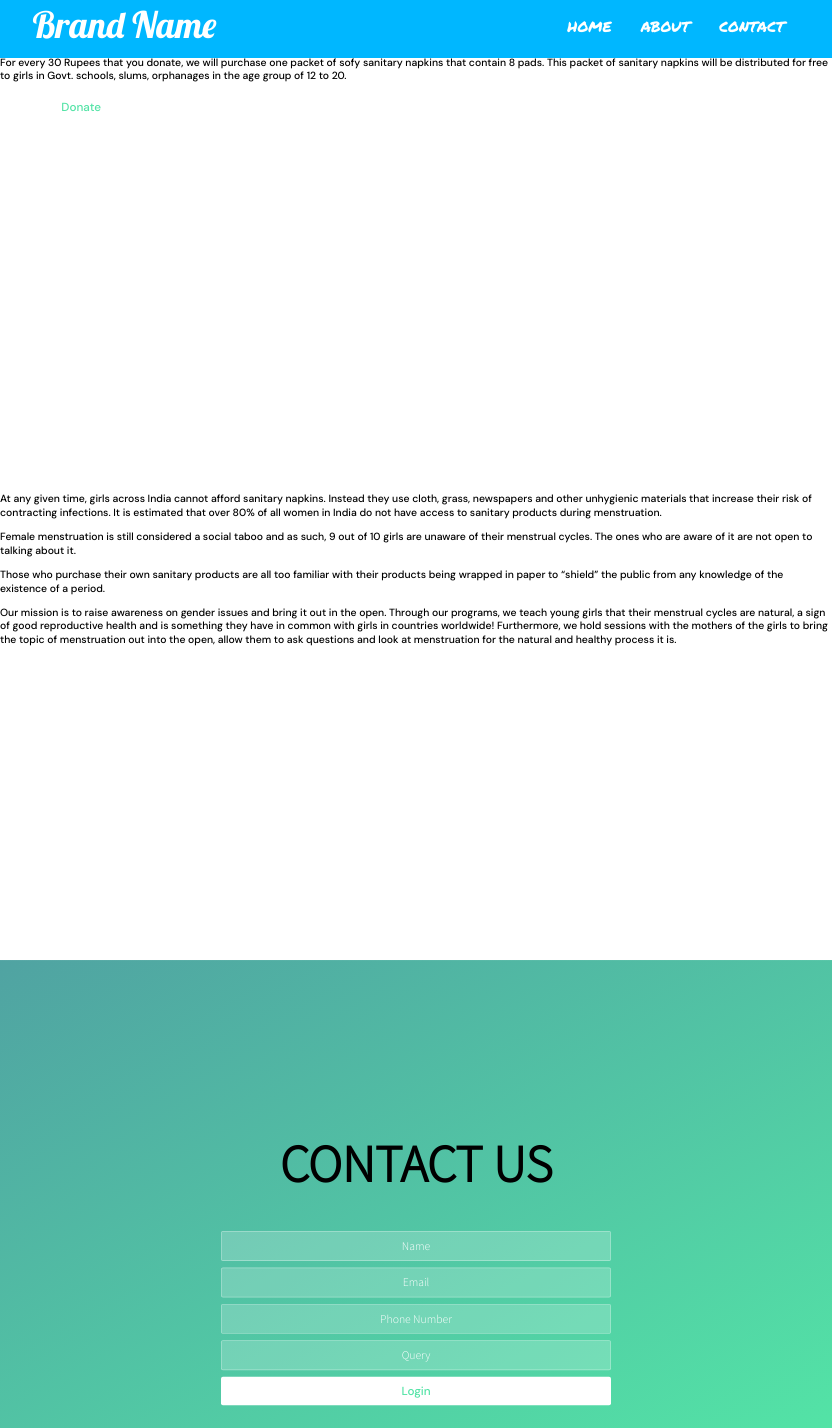
Repository: Jrap-bit/PeriodofSharing
Page: index.html
The author's editor kept a copy of each file at every save. The page is drawn from the files as they stood at one save, then again after the next save.
The browser window is 1280 px wide. The pictures show the whole page, at 65% of full size.

Above is the page before, as saved 2022-01-15 13:16:01.

### index.html
<!DOCTYPE html>
<html lang="en">
  <head>
    <meta charset="UTF-8" />
    <meta http-equiv="X-UA-Compatible" content="IE=edge" />
    <meta name="viewport" content="width=device-width, initial-scale=1.0" />
    <link rel="stylesheet" href="style.css" />
    <title>#PeriodofSharing</title>
  </head>
  <body>
    <nav class="navbar">
      <div class="brand-title">Brand Name</div>
      <a href="#" class="toggle-button">
        <span class="bar"></span>
        <span class="bar"></span>
        <span class="bar"></span>
      </a>
      <div class="navbar-links">
        <ul>
          <li><a href="#Home">HOME</a></li>
          <li><a href="#About">ABOUT</a></li>
          <li><a href="#Contact">CONTACT</a></li>
        </ul>
      </div>
    </nav>
    <div id="Home" class="home">
      <h1>#PeriodofSharing</h1>
      <p>
        For every 30 Rupees that you donate, we will purchase one packet of sofy
        sanitary napkins that contain 8 pads. This packet of sanitary napkins
        will be distributed for free to girls in Govt. schools, slums,
        orphanages in the age group of 12 to 20.
      </p>
      <div>
        <a href="Donate.html"><button class="donate-button">Donate</button></a>
      </div>
    </div>
    <div id="About" class="about">
      <p>
        At any given time, girls across India cannot afford sanitary napkins.
        Instead they use cloth, grass, newspapers and other unhygienic materials
        that increase their risk of contracting infections. It is estimated that
        over 80% of all women in India do not have access to sanitary products
        during menstruation.
      </p>
      <p>
        Female menstruation is still considered a social taboo and as such, 9
        out of 10 girls are unaware of their menstrual cycles. The ones who are
        aware of it are not open to talking about it.
      </p>
      <p>
        Those who purchase their own sanitary products are all too familiar with
        their products being wrapped in paper to “shield” the public from any
        knowledge of the existence of a period.
      </p>
      <p>
        Our mission is to raise awareness on gender issues and bring it out in
        the open. Through our programs, we teach young girls that their
        menstrual cycles are natural, a sign of good reproductive health and is
        something they have in common with girls in countries worldwide!
        Furthermore, we hold sessions with the mothers of the girls to bring the
        topic of menstruation out into the open, allow them to ask questions and
        look at menstruation for the natural and healthy process it is.
      </p>
    </div>
    <div class="contact" id="Contact">
      <div class="wrapper">
        <div class="container">
          <form class="form">
            <h1 class="form-header">CONTACT US</h1>
            <input type="text" placeholder="Name" />
            <input type="text" placeholder="Email" />
            <input type="text" placeholder="Phone Number" />
            <input type="text" placeholder="Query" />
            <button type="submit" id="login-button">Login</button>
          </form>
        </div>
      </div>
    </div>
  </body>
</html>

### style.css
@import url('https://fonts.googleapis.com/css2?family=DM+Sans:wght@500&display=swap');
@import url('https://fonts.googleapis.com/css2?family=Bebas+Neue&family=Lobster&family=Permanent+Marker&display=swap');
@import url('https://fonts.googleapis.com/css?family=Source+Sans+Pro:200,300');


* {
    box-sizing: border-box;
    font-family: 'DM Sans', sans-serif;
    font-weight: 300;
}

body {
    margin: 0;
    padding: 0;
    font-family: 'Source Sans Pro', sans-serif;
	 color: black;
	 font-weight: 300;
}

body ::-webkit-input-placeholder {
    font-family: 'Source Sans Pro', sans-serif;
    color: white;
    font-weight: 300;
}
body :-moz-placeholder {
    font-family: 'Source Sans Pro', sans-serif;
    color: white;
    opacity: 1;
    font-weight: 300;
}
body ::-moz-placeholder {
    font-family: 'Source Sans Pro', sans-serif;
    color: white;
    opacity: 1;
    font-weight: 300;
}
body :-ms-input-placeholder {
    font-family: 'Source Sans Pro', sans-serif;
    color: white;
    font-weight: 300;
}
.wrapper {
    background: #50a3a2;
    background: -webkit-linear-gradient(top left,#50a3a2 0%,#53e3a6 100%);
    background: -moz-linear-gradient(top left,#50a3a2 0%,#53e3a6 100%);
    background: -o-linear-gradient(top left,#50a3a2 0%,#53e3a6 100%);
    background: linear-gradient(to bottom right,#50a3a2 0%,#53e3a6 100%);
    position: absolute;
    left: 0;
    width: 100%;
    height: 100vh;
    overflow: hidden;
}
.wrapper.form-success .container h1 {
    transform: translateY(85px);
}
.container {
    max-width: 600px;
    margin: 0 auto;
    padding: 80px 0;
    height: 400px;
    text-align: center;
}
/* .container h1 {
    font-size: 40px;
    transition-duration: 1s;
    transition-timing-function: ease-in-put;
    font-weight: 200;
} */

.form-header{
    font-family: 'Source Sans Pro', sans-serif;
    font-weight: 600;
    font-size: 5rem;
}

form {
    margin-top: 18%;
    padding: 20px 0;
    position: relative;
    z-index: 2;
}
form input {
    display: block;
    appearance: none;
    outline: 0;
    border: 1px solid rgba(255,255,255,0.4);
    background-color: rgba(255,255,255,0.2);
    width: 100%;
    border-radius: 3px;
    padding: 10px 15px;
    margin: 0 auto 10px auto;
    text-align: center;
    font-size: 18px;
    color: white;
    transition-duration: 0.25s;
    font-weight: 300;
}
form input:hover {
    background-color: rgba(255,255,255,0.4);
}
form input:focus {
    background-color: white;
    width: 120%;
    color: #53e3a6;
}
form button {
    appearance: none;
    outline: 0;
    background-color: white;
    border: 0;
    padding: 10px 15px;
    color: #53e3a6;
    border-radius: 3px;
    width: 100%;
    cursor: pointer;
    font-size: 18px;
    transition-duration: 0.25s;
}
form button:hover {
    background-color: #f5f7f9;
}

html{
    scroll-behavior: smooth;
}

.donate-button{
    appearance: none;
    outline: 0;
    background-color: white;
    border: 0;
    padding: 10px 15px;
    color: #53e3a6;
    border-radius: 3px;
    width: 250px;
    cursor: pointer;
    font-size: 18px;
    transition-duration: 0.25s;
}
.donate-button:hover{
    background-color: #f5f7f9;
}

.navbar{
    display: flex;
    justify-content: space-between;
    align-items: center;
    background-color: rgb(0, 183, 255);
    color: white;
    width: 100%;
    margin-top: -30px;
    position: fixed;
}

.brand-title{
    font-family: 'Lobster', cursive;
    font-size: 3.5rem;
    margin: 10px 50px;
    margin-bottom: 15px;

}

.navbar-links ul{
    margin: 10px 50px 10px 50px;
    display: flex;
}

.navbar-links li {
    font-family: 'Permanent Marker', cursive;
    font-weight: bold;
    list-style: none;
    font-size: 1.4rem;

}

.navbar-links li a{
    font-family: 'Permanent Marker', cursive;
    text-decoration: none;
    color: white;
    padding: 1.4rem;
    display: block;
}

.navbar-links li:hover{
    background-color: rgb(1, 54, 75);
}

.toggle-button {
    position: absolute;
    top: .75rem;
    right: 1rem;
    display: none;
    flex-direction: column;
    justify-content: space-between;
    width: 30px;
    height: 21px;
}

.toggle-button .bar{
    height: 3px;
    width: 100%;
    background-color: white;
    border-radius: 10px;
}
.about{
    height: 100vh;

}

.home{
    height: 100vh;
}

@media (max-width: 800px) {
    .toggle-button{
        display: flex;
    }
    .navbar-links{
        display: none;
        width: 100%;
    }

    .navbar{
        flex-direction: column;
        align-items: flex-start;
    }

    .navbar-links ul {
        flex-direction: column;
        width: 100%;

    }

    .navbar-links li{
        text-align: center;
    }

    .navbar-links li a{
        padding: 0.5rem 1rem;
    }

    .navbar-links.active{
        display: flex;
    }

    .toggle-button:hover{
        background-color: #666;
    }
}

After the next save:
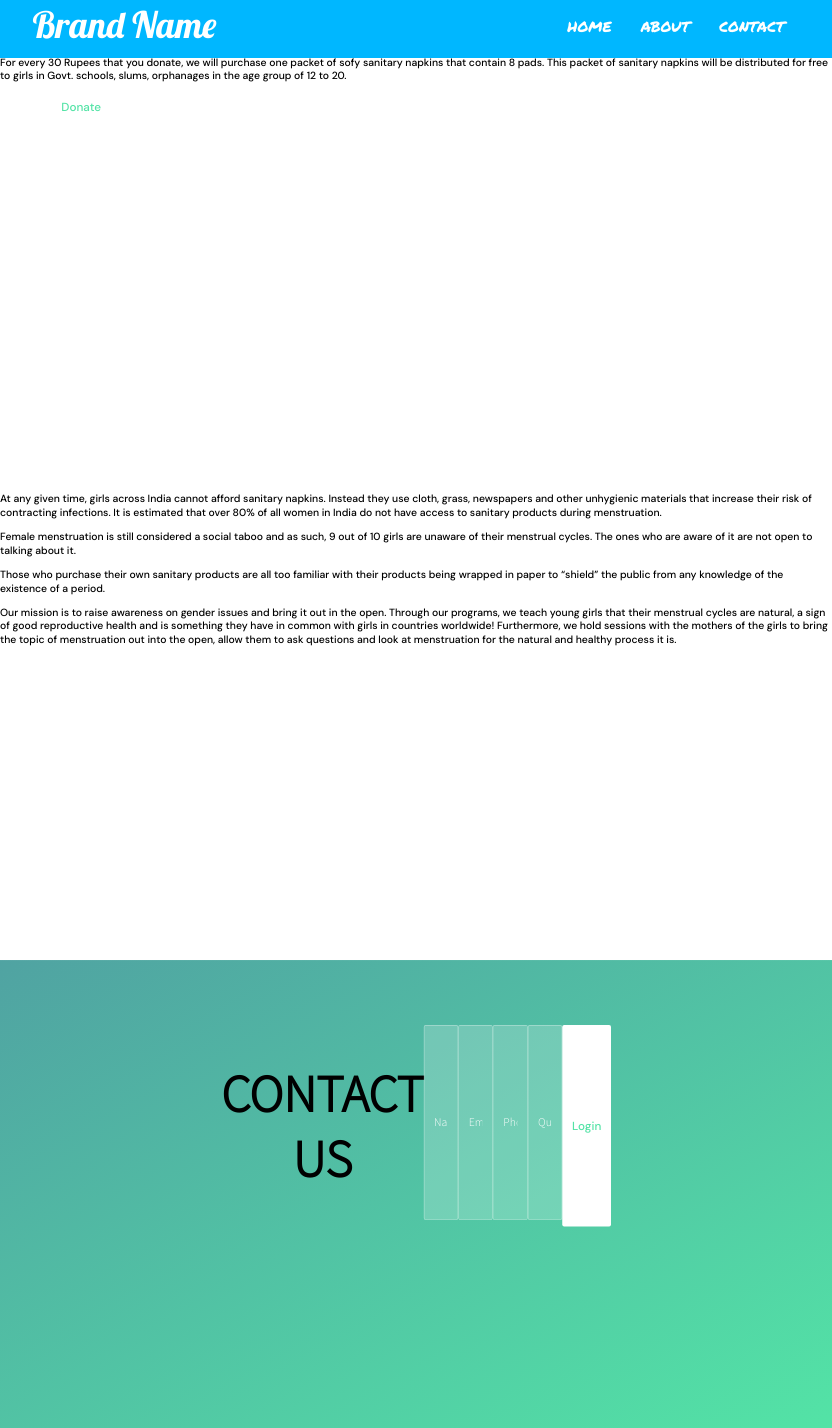
Saved 27 s later.
--- a/style.css
+++ b/style.css
@@ -75,7 +75,8 @@ body :-ms-input-placeholder {
 }
 
 form {
-    margin-top: 18%;
+    display:flex;
+    justify-content: center;
     padding: 20px 0;
     position: relative;
     z-index: 2;
